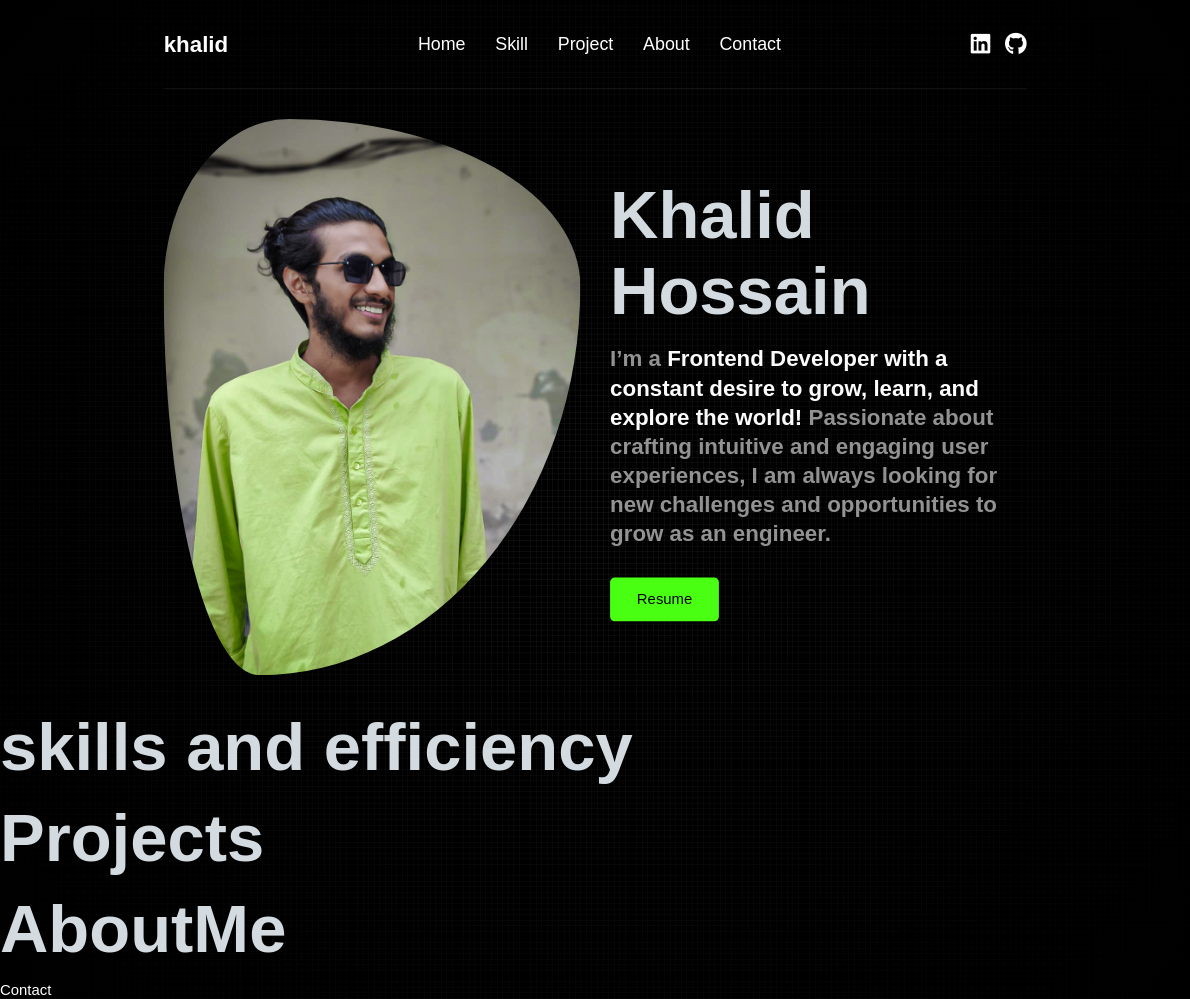
Repository: badhon252/my-portfolio
Page: /
An editor plug-in stored every save of this project. The page is shown before and after a run of saves, followed by the edit.
The browser window is 1280 px wide. The pictures show the whole page, at 93% of full size.
The project was rebuilt for these pictures with package versions that can differ from the ones it lists, and the page was loaded fresh each time. Also part of the build but not shown: src/Components/Home/Header/Navbar/Navs/LinkedIn/LinkedIn.module.css, src/Components/Home/Header/Navbar/Navs/GitHub/Github.module.css.

Above is the page before, as saved 2023-01-16 00:24:41.

### public/index.html
<!DOCTYPE html>
<html lang="en">

<head>
    <meta charset="utf-8" />
    <link rel="icon" href="%PUBLIC_URL%/favicon.ico" />
    <meta name="viewport" content="width=device-width, initial-scale=1" />
    <meta name="theme-color" content="#000000" />
    <meta name="description" content="Web site created using create-react-app, Portfolio" />
    <link rel="apple-touch-icon" href="%PUBLIC_URL%/logo192.png" />
    <link rel="stylesheet" href="https://cdnjs.cloudflare.com/ajax/libs/font-awesome/6.2.1/css/all.min.css">
    <link rel="manifest" href="%PUBLIC_URL%/manifest.json" />

    <title>Portfolio Website</title>
</head>

<body>
    <div id="root"></div>

    <script src="https://platform.linkedin.com/badges/js/profile.js" async defer type="text/javascript"></script>

</body>

</html>

### src/index.css
body {
    margin: 0;
    font-family: -apple-system, BlinkMacSystemFont, 'Segoe UI', 'Roboto', 'Oxygen', 'Ubuntu', 'Cantarell', 'Fira Sans', 'Droid Sans', 'Helvetica Neue', sans-serif;
    -webkit-font-smoothing: antialiased;
    -moz-osx-font-smoothing: grayscale;
    background-color: #000000;
    background-image: radial-gradient(circle at center center, transparent 0%, rgb(0, 0, 0) 99%), repeating-linear-gradient(0deg, rgba(163, 163, 163, 0.07) 0px, rgba(163, 163, 163, 0.07) 1px, transparent 1px, transparent 6px), repeating-linear-gradient(90deg, rgba(163, 163, 163, 0.07) 0px, rgba(163, 163, 163, 0.07) 1px, transparent 1px, transparent 6px), linear-gradient(90deg, rgb(0, 0, 0), rgb(0, 0, 0));
    color: #ffffff;
}

code {
    font-family: source-code-pro, Menlo, Monaco, Consolas, 'Courier New', monospace;
}

* {
    margin: 0;
    padding: 0;
    box-sizing: border-box;
    font-family: 'Poppins', sans-serif;
}

### src/App.js
import Home from './Components/Home/Home';

function App() {
  return (
    <div className="App">
      <Home/>
    </div>
  );
}

export default App;

### src/Components/Home/Home.jsx
import AboutMe from "./AboutMe/AboutMe";
import Footer from "./Footer/Footer";
import Header from "./Header/Header";
import Projects from "./Project/Projects";
import Skill from "./Skill/Skill";


export default function Home() {
  return (
    <div>
        <Header />
        <Skill/>
        <Projects/>
        <AboutMe/>
        <Footer/>

    </div>
  )
}

### src/Components/Home/AboutMe/AboutMe.jsx
import React from 'react';

const AboutMe = () => {
    return (
        <div>
            <h1>AboutMe</h1>
        </div>
    );
}

export default AboutMe;

### src/Components/Home/Footer/Footer.jsx
import React from 'react'
import Contact from './Contact/Contact'

export default function Footer() {
  return (
    <div>
        <Contact/>
    </div>
  )
}

### src/Components/Home/Header/Header.jsx
import React from 'react'
import HeaderContent from './HeaderContent/HeaderContent'
import Navbar from './Navbar/Navbar'
import Classes from './Header.module.css'

export default function Header() {
  return (
    <div className={Classes.header}>
      <Navbar/>
      <HeaderContent/>
    </div>
  )
}

### src/Components/Home/Project/Projects.jsx
import React from 'react';

const Projects = () => {
    return (
        <div>
            <h1>Projects</h1>
        </div>
    );
}

export default Projects;

### src/Components/Home/Skill/Skill.jsx
import React from 'react';

const SkillEfficiency = () => {
    return (
        <div>
        <h1>skills and efficiency</h1>
        </div>
    );
}

export default SkillEfficiency;

### src/Components/Home/Header/HeaderContent/HeaderContent.jsx
import Badhon from "../../../../Assests/Images/badhon.jpg";
import HeroSection from './HeroSection'
import Classes from "./Header.module.css";

export default function HeaderContent() {
  return (
    <div>
      <div className={Classes.heroSection}>
          <div className={Classes.row}>
            <HeroSection col={Classes.col}/>
            <div className={Classes.col}>
              <img src={Badhon} alt="Badhon" className={Classes.heroImage} />
            </div>

        </div>
      </div>
    </div>
  )
}

### src/Components/Home/Header/Navbar/Navbar.jsx
import "./Navs/Navs.css"
import "./Navbar.css"
import NavbarBrand from './NavbarBrand/NavbarBrand'
import Nav from './Navs/Nav/Nav'
import LinkedIn from './Navs/LinkedIn/LinkedIn'
import GitHub from './Navs/GitHub/Github'

export default function Navbar() {
  return (
    <div className='navBar borderBottom'>
            <NavbarBrand/>
            <Nav/>
         <div className='navBar'>
            <LinkedIn/>
            <GitHub/>
         </div>
    </div>
  )
}

### src/Components/Home/Header/Header.module.css
.header {
    min-height: 100vh;
    margin: 0 10rem;
    color: aliceblue;
    padding: 0 1rem;
}

### src/Components/Home/Header/HeaderContent/HeroSection.jsx
import Classes from "./Header.module.css";


export default function HeroSection({col}) {
  return (
    <div className={col}>
          <h1 className={Classes.h1}>Khalid Hossain</h1>
          <p>
            I’m a <span>Frontend Developer with a constant desire to grow, learn, and explore the world!</span> Passionate about crafting intuitive and engaging user experiences,
            I am always looking for new challenges and opportunities to grow as an engineer.
          </p>
          <button className={Classes.resume}>Resume</button>
    </div>
  );
}

### src/Components/Home/Header/HeaderContent/Header.module.css
.row {
    display: flex;
    flex-direction: row-reverse;
    justify-content: space-between;
    align-items: center;
    flex-wrap: wrap;
    margin: 2rem 0;
    gap: 2rem;
}

.col {
    flex-basis: 45%;
    flex: 1;
}

.heroImage {
    min-width: 300px;
    max-width: 600px;
    width: 100%;
    height: auto;
    box-sizing: border-box;
    overflow: hidden;
    transition: .7s;
    border-radius: 30% 70% 77% 23% / 30% 30% 70% 70%;
}

.heroImage:hover {
    border-radius: 50%;
}

h1 {
    font-size: 4.5em;
    font-weight: 700;
    margin-bottom: 1rem;
    color: rgba(240, 248, 255, 0.877);
}

p {
    font-size: 1.5em;
    font-weight: 600;
    margin-bottom: 1rem;
    color: rgba(255, 255, 255, 0.568);
    line-height: 1.3;
}

p span {
    color: #fcfcfc;
}

.resume {
    padding: .9rem 1.8rem;
    background-color: #49ff12;
    font-size: 1rem;
    font-weight: 500;
    margin-top: 1rem;
    outline: none;
    border: none;
    border-radius: 5px;
}

### src/Components/Home/Header/Navbar/Navs/Navs.css
.flexRow {
    display: flex;
    justify-content: space-between;
    align-items: center;
    flex-wrap: wrap;
    gap: 2rem;
}

.me_1 {
    margin-right: 1rem;
}

### src/Components/Home/Header/Navbar/Navbar.css
.boxShadow {
    -webkit-box-shadow: 0px 22px 40px -37px rgba(255, 255, 255, 1);
    -moz-box-shadow: 0px 22px 40px -37px rgba(255, 255, 255, 1);
    box-shadow: 0px 22px 40px -37px rgba(255, 255, 255, 1);
}

.borderBottom {
    border-bottom: 1px solid #f6f6f612;
}

### src/Components/Home/Header/Navbar/NavbarBrand/NavbarBrand.jsx
import Classes from "./NavbarBrand.module.css"
export default function NavbarBrand() {
  return (
    <div className={Classes.navbarBrand}>khalid</div>
  )
}

### src/Components/Home/Header/Navbar/Navs/Nav/Nav.jsx
import "./../Navs.css"
import "./Nav.css"
export default function Nav() {
  return (
    <div>
        <nav className="navBar" >
            <div className="container-fluid">

                {/* <button className="navbar-toggler" type="button" data-bs-toggle="collapse" data-bs-target="#navbarSupportedContent" aria-controls="navbarSupportedContent" aria-expanded="false" aria-label="Toggle navigation">
                <span className="navbar-toggler-icon"></span>
                </button> */}
                <div className="collapse navbar-collapse" id="navbarSupportedContent">
                <ul className="flexRow navbar-nav me-auto mb-2 mb-lg-0">
                    <li className="nav-item">
                    <a className="nav-link" href="#home">Home</a>
                    </li>
                    <li className="nav-item">
                    <a className="nav-link" href="#skill">Skill</a>
                    </li>
                    <li className="nav-item">
                    <a className="nav-link" href="#project">Project</a>
                    </li>
                    <li className="nav-item">
                    <a className="nav-link" href="#aboutMe">About</a>
                    </li>
                     <li className="nav-item">
                    <a className="nav-link" href="#contact">Contact</a>
                    </li>

                </ul>

                </div>
            </div>
        </nav>
    </div>
  )
}

### src/Components/Home/Header/Navbar/Navs/LinkedIn/LinkedIn.jsx
import "./LinkedIn.module.css"

export default function LinkedIn() {
  return (
    <div className='me_1' >
      <a href="https://www.linkedin.com/in/khalidhossainbadhon/" target="_blank" rel="noreferrer">
     <i class="fa-brands fa-linkedin"></i>
      </a>
    </div>
  )
}

### src/Components/Home/Header/Navbar/Navs/GitHub/Github.jsx
import Classes from "./Github.module.css"

export default function GitHub() {
  return (
    <div className={Classes.faBrands}>
      <a href="https://github.com/badhon252"><i class="fa-brands fa-github"></i></a>
    </div>
  )
}

### src/Components/Home/Header/Navbar/NavbarBrand/NavbarBrand.module.css
.navbarBrand {
    font-size: 1.5rem;
    font-weight: 700;
    color: rgb(255, 255, 255);
}

### src/Components/Home/Header/Navbar/Navs/Nav/Nav.css
.navBar {
    display: flex;
    justify-content: space-between;
    align-items: center;
    padding: 1.1rem 0;
    flex-wrap: wrap;
}

.navbar-nav {
    list-style-type: none;
    display: flex;
    justify-content: space-between;
}

.navbar-nav li a {
    text-decoration: none;
    color: rgb(255, 255, 255);
    font-size: 1.2rem;
    font-weight: 500;
    transition: all 0.3s ease-in-out;
}

.navbar-nav li a:hover {
    color: #49ff12;
}

.navbar-nav li a.active {
    color: #bb0707;
}

.navbar-nav li a.active:hover {
    color: #f1f1f1;
}

.navbar-nav li a.active::after {
    content: "";
    display: block;
    width: 100%;
    height: 2px;
    background: #f1f1f1;
    margin-top: 5px;
}

.navbar-nav li a.active:hover::after {
    background: #f1f1f1;
}

.fa-brands,
.fab {
    font-weight: 400;
    font-size: 1.5rem;
    color: #fff;
}

Loaded but not shown: src/index.js (common file); src/reportWebVitals.js (common file); src/Components/Home/Footer/Contact/Contact.jsx (common file)

After the next 2 saves:
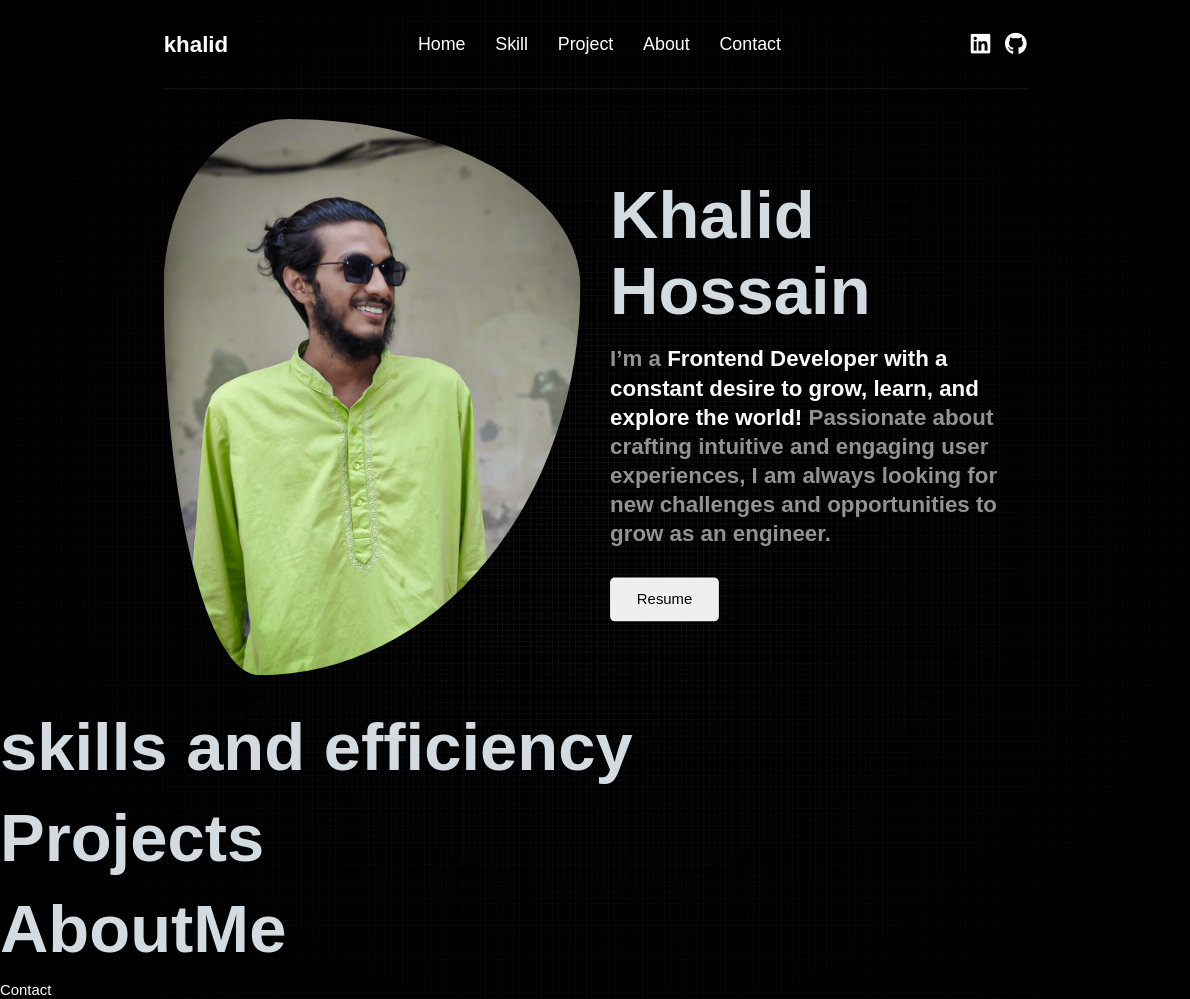
The 2 saves are shown as one change because they came seconds apart.
The last was saved 23 s later.
--- a/src/Components/Home/Header/HeaderContent/Header.module.css
+++ b/src/Components/Home/Header/HeaderContent/Header.module.css
@@ -49,7 +49,7 @@ p span {
 
 .resume {
     padding: .9rem 1.8rem;
-    background-color: #49ff12;
+    border: 1px solid #49ff12;
     font-size: 1rem;
     font-weight: 500;
     margin-top: 1rem;
